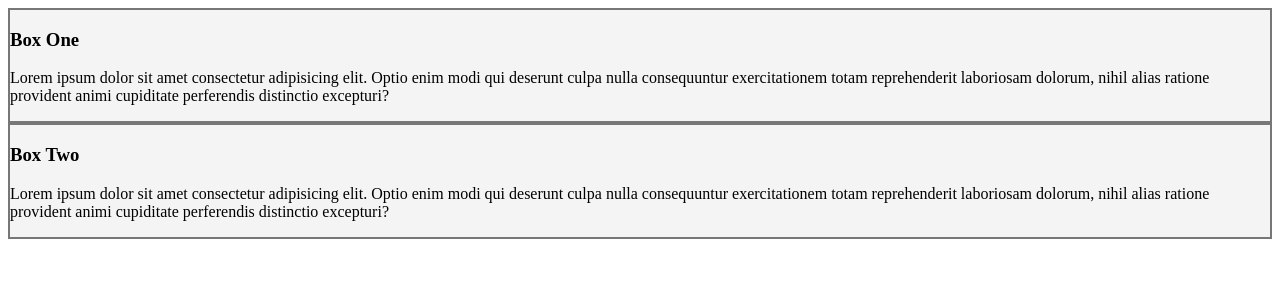
Repository: andiausrust/css-traversy
Page: box_model_margin_padding/index.html
An editor plug-in stored every save of this project. The page is shown before and after the next save, followed by the edit.
The browser window is 1280 px wide. The pictures show the whole page.

Above is the page before, as saved 2020-08-19 20:54:03.

### box_model_margin_padding/index.html
<!DOCTYPE html>
<html lang="en">
    <head>
        <meta charset="UTF-8" />
        <meta name="viewport" content="width=device-width, initial-scale=1.0" />
        <link rel="stylesheet" href="./css/style.css" />
        <title>Box Model | Margin & Padding</title>
    </head>
    <body>
        <div class="box">
            <h3>Box One</h3>
            <p>
                Lorem ipsum dolor sit amet consectetur adipisicing elit. Optio
                enim modi qui deserunt culpa nulla consequuntur exercitationem
                totam reprehenderit laboriosam dolorum, nihil alias ratione
                provident animi cupiditate perferendis distinctio excepturi?
            </p>
        </div>
        <div class="box">
            <h3>Box Two</h3>
            <p>
                Lorem ipsum dolor sit amet consectetur adipisicing elit. Optio
                enim modi qui deserunt culpa nulla consequuntur exercitationem
                totam reprehenderit laboriosam dolorum, nihil alias ratione
                provident animi cupiditate perferendis distinctio excepturi?
            </p>
        </div>
    </body>
</html>

### box_model_margin_padding/css/style.css
html {
    margin: 0;
    padding: 0;
}

.box {
    background: #f4f4f4;
    border: 2px #777 solid;
}

After the next save:
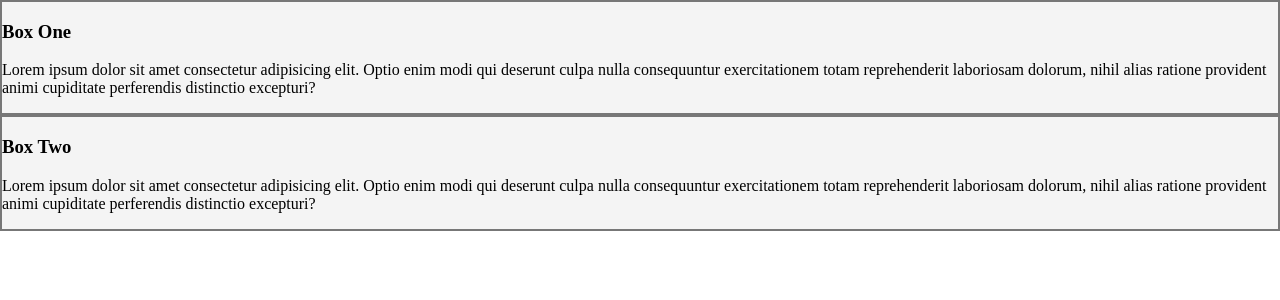
Saved 9 s later.
--- a/box_model_margin_padding/css/style.css
+++ b/box_model_margin_padding/css/style.css
@@ -1,4 +1,4 @@
-html {
+body {
     margin: 0;
     padding: 0;
 }
